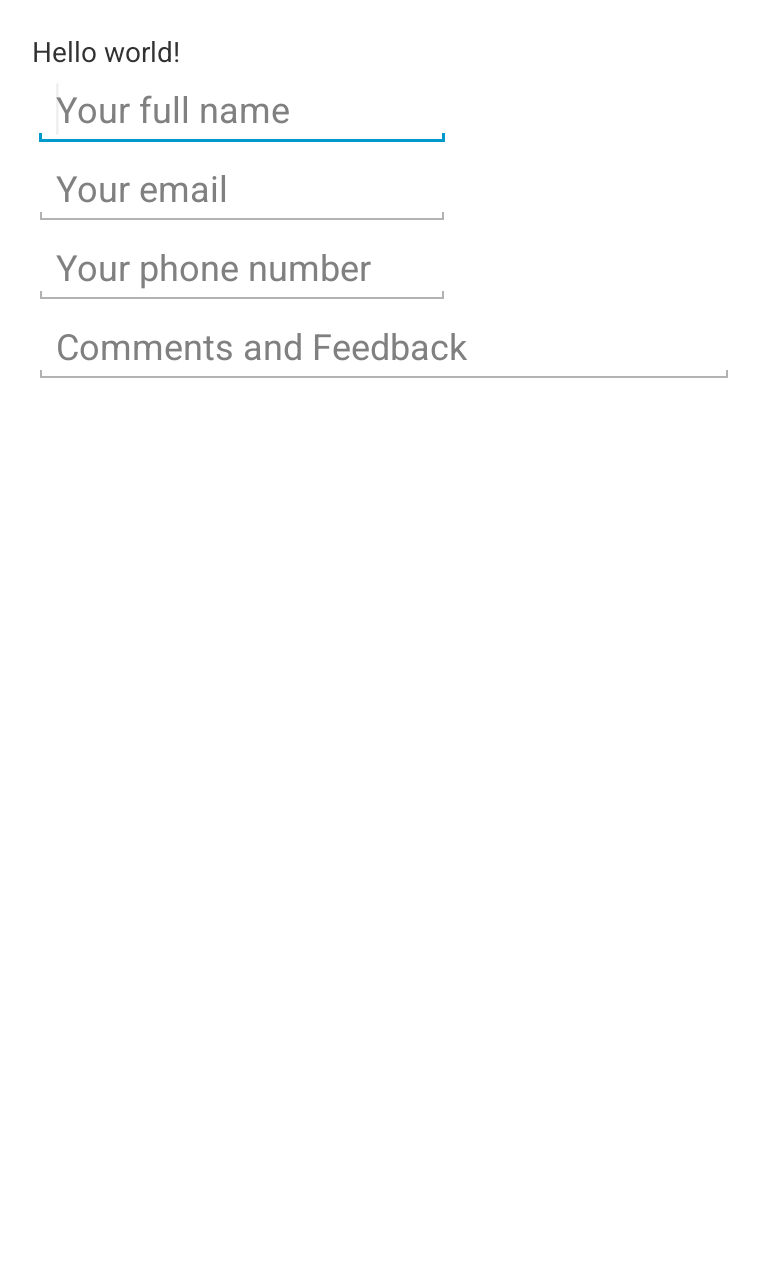
Repository: LSummers33/Apps101
Layout: Survey1/res/layout/activity_main.xml
An editor plug-in stored every save of this project. The layout is shown before and after the next save, followed by the edit.
It is drawn on a 768 x 1280 px phone screen (xhdpi) without system bars, with theme AppTheme; the app's code is not run.

Above is the layout before, as saved 2014-01-30 23:08:48.

After the next save:
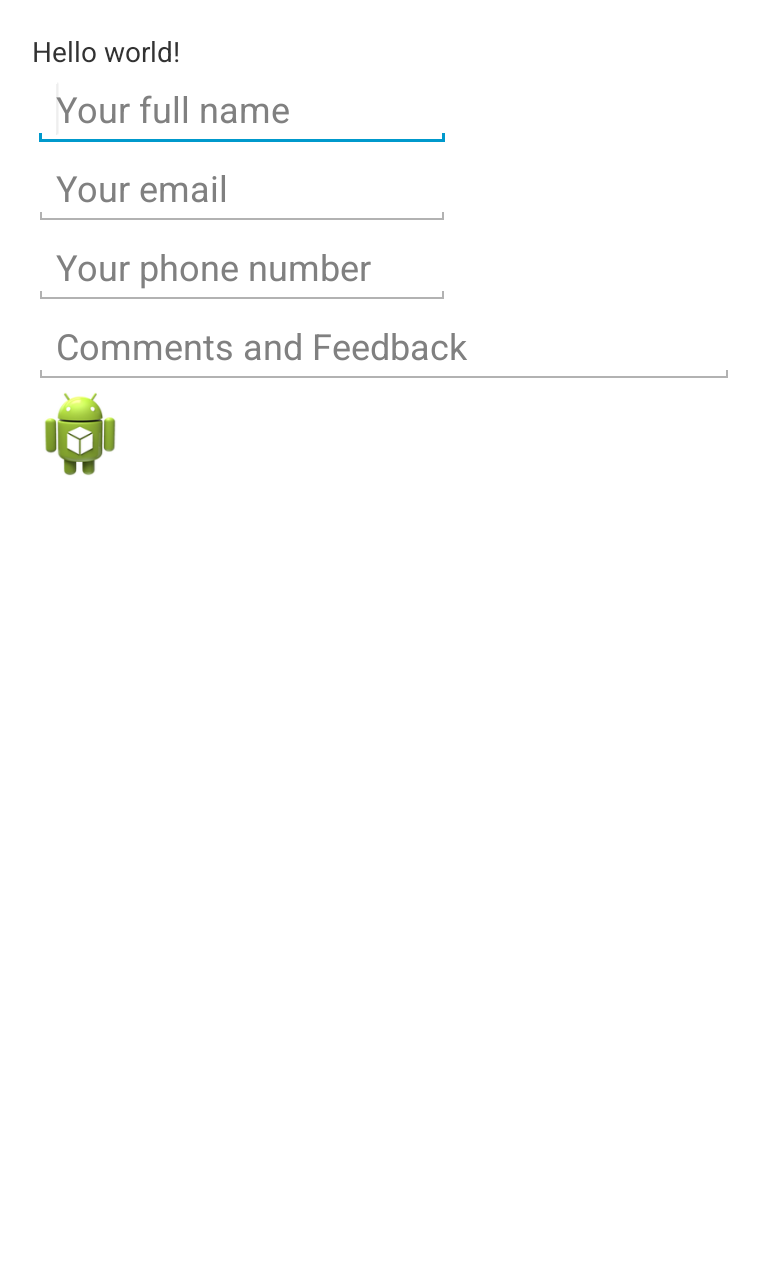
Saved 2 min 27 s later.
--- a/Survey1/res/layout/activity_main.xml
+++ b/Survey1/res/layout/activity_main.xml
@@ -50,4 +50,10 @@
         android:inputType="textMultiLine"
         android:hint="Comments and Feedback"/>
 
+    <ImageView
+        android:id="@+id/imageView1"
+        android:layout_width="wrap_content"
+        android:layout_height="wrap_content"
+        android:src="@drawable/ic_launcher" />
+
 </LinearLayout>
